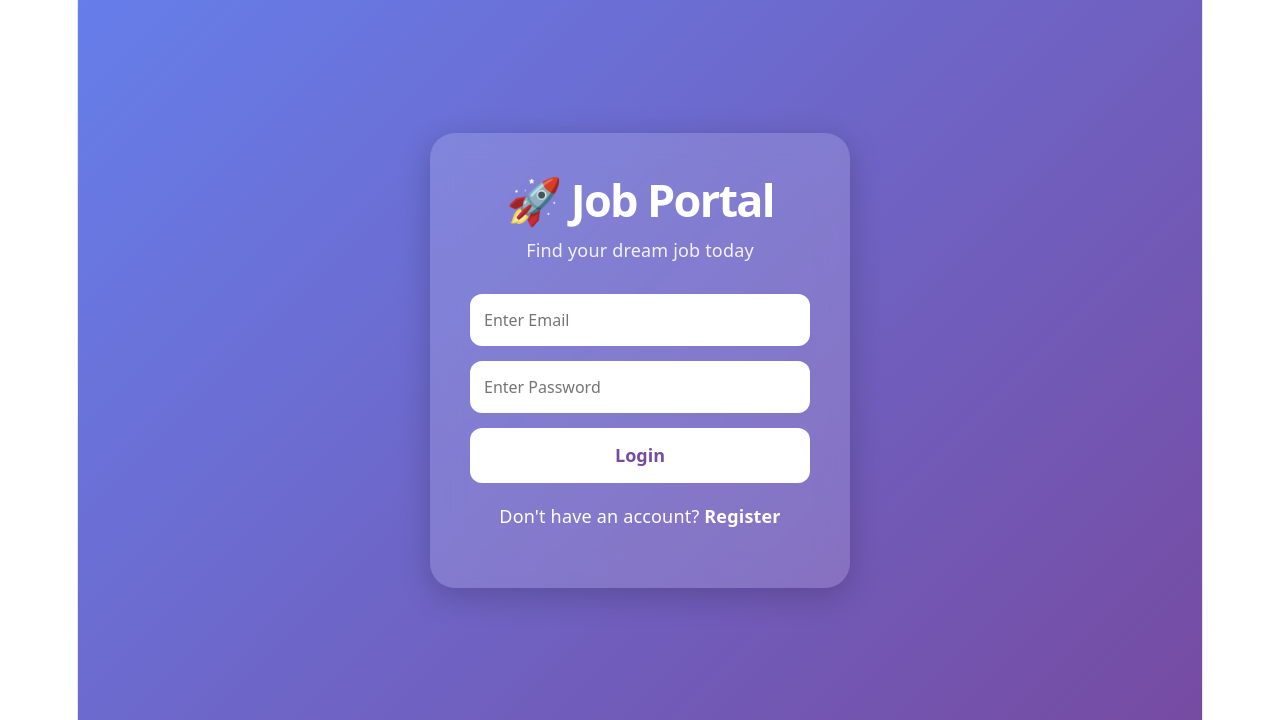
Repository: vijaymp1214/Job-Portal-Management-System
Page: /register (app in frontend/)
An editor plug-in stored every save of this project. The page is shown before and after the next save, followed by the edit.
The browser window is 1280 px wide. The pictures show the whole page.
The project was rebuilt for these pictures with package versions that can differ from the ones it lists, and the page was loaded fresh each time. Also part of the build but not shown: frontend/vite.config.js.

Above is the page before, as saved 2026-05-30 13:23:51.

### frontend/index.html
<!doctype html>
<html lang="en">
  <head>
    <meta charset="UTF-8" />
    <link rel="icon" type="image/svg+xml" href="/favicon.svg" />
    <meta name="viewport" content="width=device-width, initial-scale=1.0" />
    <title>jobportal-frontend</title>
  </head>
  <body>
    <div id="root"></div>
    <script type="module" src="/src/main.jsx"></script>
  </body>
</html>

### frontend/src/index.css
:root {
  --text: #6b6375;
  --text-h: #08060d;
  --bg: #fff;
  --border: #e5e4e7;
  --code-bg: #f4f3ec;
  --accent: #aa3bff;
  --accent-bg: rgba(170, 59, 255, 0.1);
  --accent-border: rgba(170, 59, 255, 0.5);
  --social-bg: rgba(244, 243, 236, 0.5);
  --shadow:
    rgba(0, 0, 0, 0.1) 0 10px 15px -3px, rgba(0, 0, 0, 0.05) 0 4px 6px -2px;

  --sans: system-ui, 'Segoe UI', Roboto, sans-serif;
  --heading: system-ui, 'Segoe UI', Roboto, sans-serif;
  --mono: ui-monospace, Consolas, monospace;

  font: 18px/145% var(--sans);
  letter-spacing: 0.18px;
  color-scheme: light dark;
  color: var(--text);
  background: var(--bg);
  font-synthesis: none;
  text-rendering: optimizeLegibility;
  -webkit-font-smoothing: antialiased;
  -moz-osx-font-smoothing: grayscale;

  @media (max-width: 1024px) {
    font-size: 16px;
  }
}

@media (prefers-color-scheme: dark) {
  :root {
    --text: #9ca3af;
    --text-h: #f3f4f6;
    --bg: #16171d;
    --border: #2e303a;
    --code-bg: #1f2028;
    --accent: #c084fc;
    --accent-bg: rgba(192, 132, 252, 0.15);
    --accent-border: rgba(192, 132, 252, 0.5);
    --social-bg: rgba(47, 48, 58, 0.5);
    --shadow:
      rgba(0, 0, 0, 0.4) 0 10px 15px -3px, rgba(0, 0, 0, 0.25) 0 4px 6px -2px;
  }

  #social .button-icon {
    filter: invert(1) brightness(2);
  }
}

body {
  margin: 0;
}

#root {
  width: 1126px;
  max-width: 100%;
  margin: 0 auto;
  text-align: center;
  border-inline: 1px solid var(--border);
  min-height: 100svh;
  display: flex;
  flex-direction: column;
  box-sizing: border-box;
}

h1,
h2 {
  font-family: var(--heading);
  font-weight: 500;
  color: var(--text-h);
}

h1 {
  font-size: 56px;
  letter-spacing: -1.68px;
  margin: 32px 0;
  @media (max-width: 1024px) {
    font-size: 36px;
    margin: 20px 0;
  }
}
h2 {
  font-size: 24px;
  line-height: 118%;
  letter-spacing: -0.24px;
  margin: 0 0 8px;
  @media (max-width: 1024px) {
    font-size: 20px;
  }
}
p {
  margin: 0;
}

code,
.counter {
  font-family: var(--mono);
  display: inline-flex;
  border-radius: 4px;
  color: var(--text-h);
}

code {
  font-size: 15px;
  line-height: 135%;
  padding: 4px 8px;
  background: var(--code-bg);
}

### frontend/src/App.jsx
import Login from "./pages/Login";

function App() {
  return <Login />;
}

export default App;

### frontend/src/pages/Login.jsx
import "../styles/Login.css";

function Login() {
  return (
    <div className="login-container">

      <div className="login-card">

        <h1 className="logo">
          🚀 Job Portal
        </h1>

        <p className="subtitle">
          Find your dream job today
        </p>

        <input
          type="email"
          placeholder="Enter Email"
          className="custom-input"
        />

        <input
          type="password"
          placeholder="Enter Password"
          className="custom-input"
        />

        <button className="login-btn">
          Login
        </button>

        <p className="register-text">
          Don't have an account?
          <span> Register</span>
        </p>

      </div>

    </div>
  );
}

export default Login;

### frontend/src/styles/Login.css
*{
    margin:0;
    padding:0;
    box-sizing:border-box;
}

.login-container{
    width:100%;
    min-height:100vh;

    display:flex;
    justify-content:center;
    align-items:center;

    background:linear-gradient(
        135deg,
        #667eea,
        #764ba2
    );

    padding:20px;
}

.login-card{

    width:100%;
    max-width:420px;

    padding:40px;

    border-radius:25px;

    background:rgba(255,255,255,0.15);

    backdrop-filter:blur(15px);

    box-shadow:
    0 8px 32px rgba(0,0,0,0.2);

    text-align:center;

    color:white;
}

.logo{
    margin-bottom:10px;
    font-weight:bold;
}

.subtitle{
    margin-bottom:30px;
    opacity:0.9;
}

.custom-input{

    width:100%;

    padding:14px;

    margin-bottom:15px;

    border:none;

    border-radius:12px;

    outline:none;

    font-size:16px;
}

.login-btn{

    width:100%;

    padding:14px;

    border:none;

    border-radius:12px;

    background:white;

    color:#764ba2;

    font-weight:bold;

    cursor:pointer;

    transition:0.3s;
}

.login-btn:hover{
    transform:translateY(-2px);
}

.register-text{
    margin-top:20px;
}

.register-text span{
    font-weight:bold;
    cursor:pointer;
}

### frontend/src/pages/Register.jsx
import "../styles/Login.css";

function Register() {
  return (
    <div className="login-container">

      <div className="login-card">

        <h1 className="logo">
          🚀 Job Portal
        </h1>

        <p className="subtitle">
          Create your account
        </p>

        <input
          type="text"
          placeholder="Enter Full Name"
          className="custom-input"
        />

        <input
          type="email"
          placeholder="Enter Email"
          className="custom-input"
        />

        <input
          type="password"
          placeholder="Enter Password"
          className="custom-input"
        />

        <button className="login-btn">
          Register
        </button>

        <p className="register-text">
          Already have an account?
          <span> Login</span>
        </p>

      </div>

    </div>
  );
}

export default Register;

Loaded but not shown: frontend/src/main.jsx (common file)

After the next save:
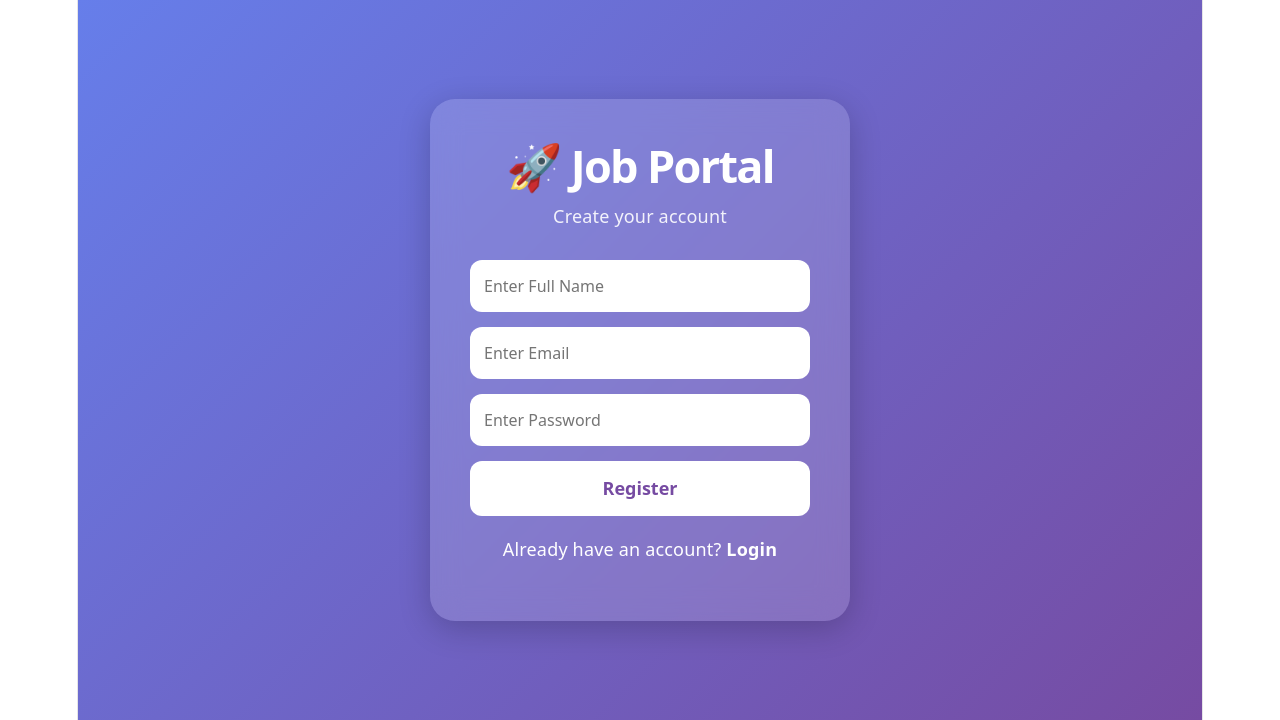
Saved 8 min 48 s later.
--- a/frontend/src/App.jsx
+++ b/frontend/src/App.jsx
@@ -1,7 +1,17 @@
+import { BrowserRouter, Routes, Route } from "react-router-dom";
+
 import Login from "./pages/Login";
+import Register from "./pages/Register";
 
 function App() {
-  return <Login />;
+  return (
+    <BrowserRouter>
+      <Routes>
+        <Route path="/" element={<Login />} />
+        <Route path="/register" element={<Register />} />
+      </Routes>
+    </BrowserRouter>
+  );
 }
 
 export default App;
